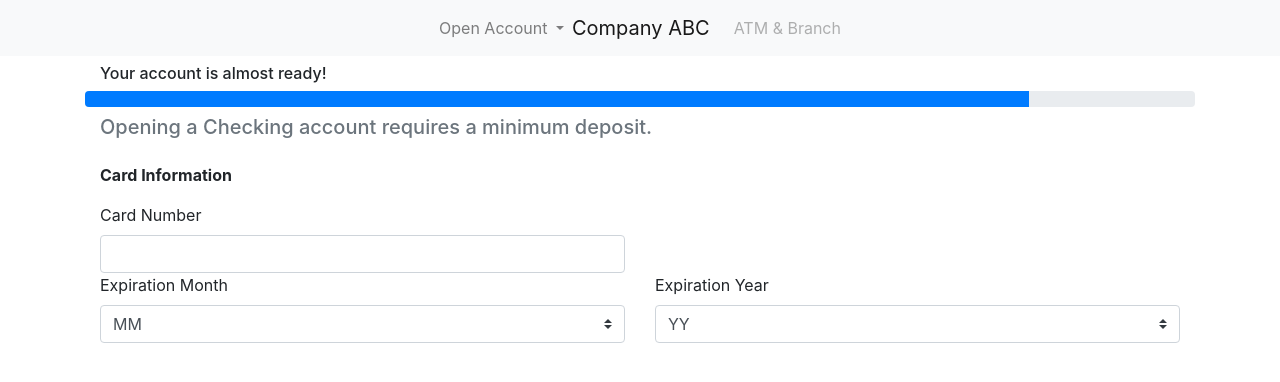
Repository: barriosan95/banking-opening-account-demo
Page: http://localhost/checking/application/customerInfo/finances/agreements/deposit
The author's editor kept a record of every edit. The page is drawn from the files as they stood at one moment, then again after the next edit.
The browser window is 1280 px wide. The pictures show the whole page.
Some web fonts or font styles are not loaded; a fallback is used. Some web libraries are served in a nearby version. The page is served by the project's Node server (index.js).

Above is the page before.

After the next edit:
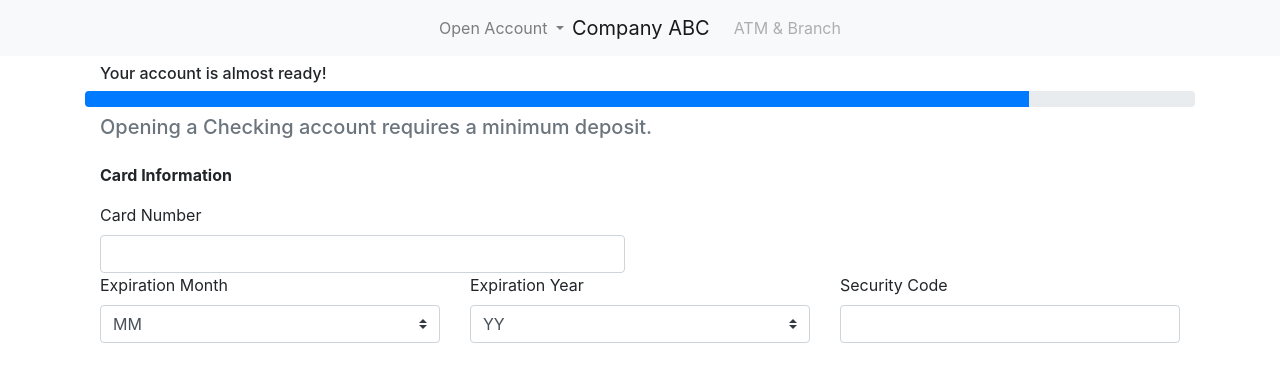
The edit:
--- a/views/deposit_app.ejs
+++ b/views/deposit_app.ejs
@@ -56,6 +56,10 @@
                         <option value="12">2029</option>
                     </select>
                 </div>
+                <div class ="col">
+                     <label> Security Code </label>
+                     <input type="number" class="form-control" placeholder="">
+                </div>
             </div>
         </div>
     </div>
